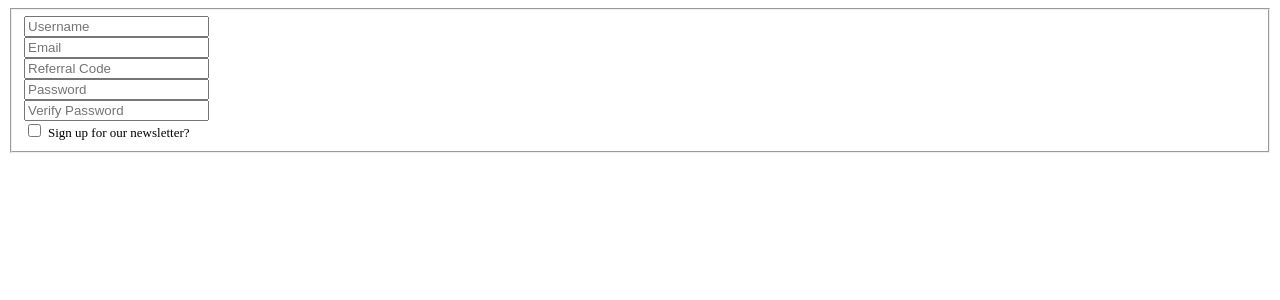
Repository: Malcolmt129/COSC484-assignment1
Page: tueats.html
An editor plug-in stored every save of this project. The page is shown before and after a run of saves, followed by the edit.
The browser window is 1280 px wide. The pictures show the whole page.

Above is the page before, as saved 2023-02-08 15:50:34.

### tueats.html
<html>
    <head>
        <link rel="stylesheet" href="tueats.css">
    </head>

    <body>
        <form method="get" action="tueats_completed.html">
            <fieldset>
                <input type="text" name="username" placeholder="Username" required /><br>
                <input type="text" name="email" placeholder="Email" required /><br>
                <input type="text" name="referral code" placeholder="Referral Code" /><br>
                <input type="password" name="password" placeholder="Password" required><br>
                <input type="text" name="password_verify" placeholder="Verify Password" required><br>

                <input type="checkbox" name="SignUp">
                <label for="SignUp" id="SignUpText"> Sign up for our newsletter? </label>

            </fieldset>
        </form>
    </body>
</html>

### tueats.css
#SignUpText {
    font-size: small;
}

After the next 2 saves:
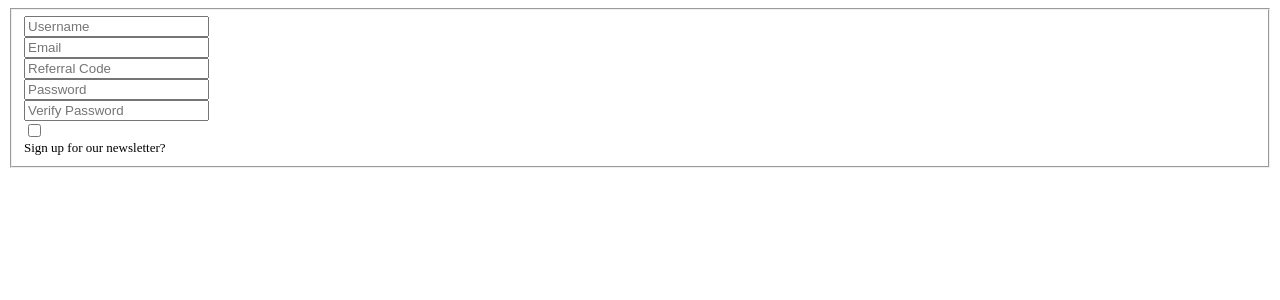
The 2 saves are shown as one change because they came seconds apart.
The last was saved 2 min 20 s later.
--- a/tueats.html
+++ b/tueats.html
@@ -12,7 +12,7 @@
                 <input type="password" name="password" placeholder="Password" required><br>
                 <input type="text" name="password_verify" placeholder="Verify Password" required><br>
 
-                <input type="checkbox" name="SignUp">
+                <input type="checkbox" name="SignUp"><br>
                 <label for="SignUp" id="SignUpText"> Sign up for our newsletter? </label>
 
             </fieldset>

After the save that followed:
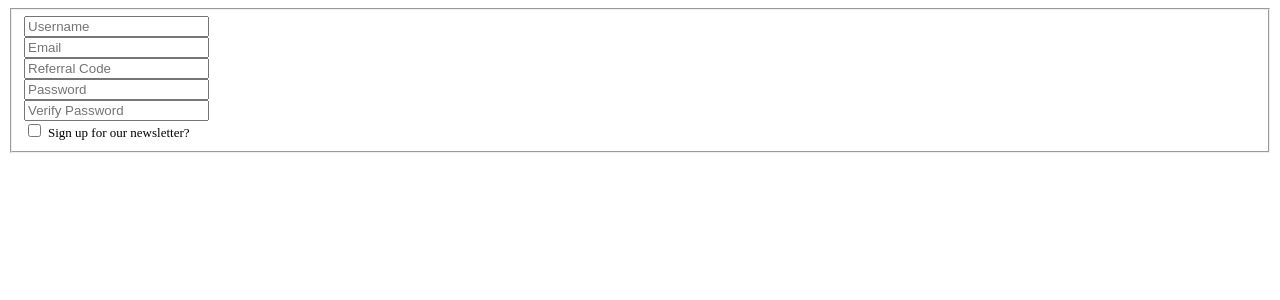
Saved 15 s later.
--- a/tueats.html
+++ b/tueats.html
@@ -12,7 +12,7 @@
                 <input type="password" name="password" placeholder="Password" required><br>
                 <input type="text" name="password_verify" placeholder="Verify Password" required><br>
 
-                <input type="checkbox" name="SignUp"><br>
+                <input type="checkbox" name="SignUp">
                 <label for="SignUp" id="SignUpText"> Sign up for our newsletter? </label>
 
             </fieldset>
